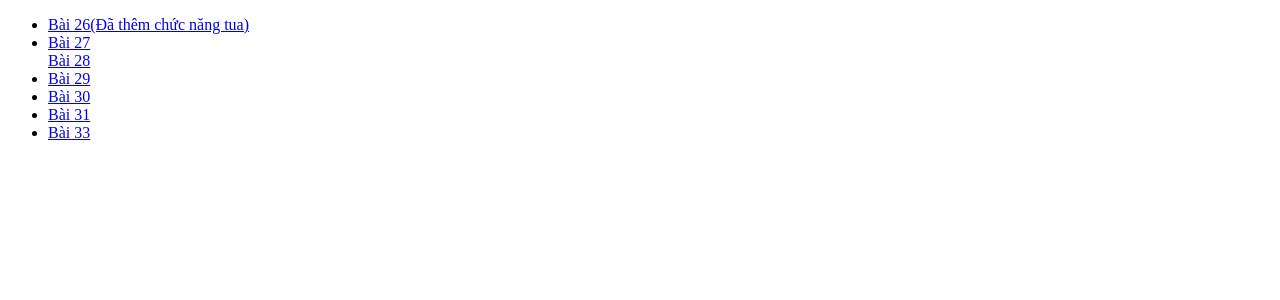
Repository: Dongnguyen318/Quydong
Page: index.html
The author's editor kept a copy of each file at every save. The page is drawn from the files as they stood at one save, then again after the next save.
The browser window is 1280 px wide. The pictures show the whole page.

Above is the page before, as saved 2023-10-25 00:16:59.

### index.html
<!DOCTYPE html>
<html lang="en">
  <head>
    <meta charset="UTF-8" />
    <meta name="viewport" content="width=device-width, initial-scale=1.0" />
    <title>Document</title>
  </head>
  <body>
    <ul>
<li>
        <a href="./Day 26/index.html">Bài 26(Đã thêm chức năng tua)</a>

</li>      <li><a href="./Day 27/index.html">Bài 27</a></li>
      <a href="#!">Bài 28</a>
      <li><a href="./Day 29/index.html">Bài 29</a></li>
      <li><a href="./Day 30/index.html">Bài 30</a></li>
      <li><a href="./Day 31/index.html">Bài 31</a></li>
      <li><a href="./Day 33/index.html">Bài 33</a></li>

  </body>
</html>

After the next save:
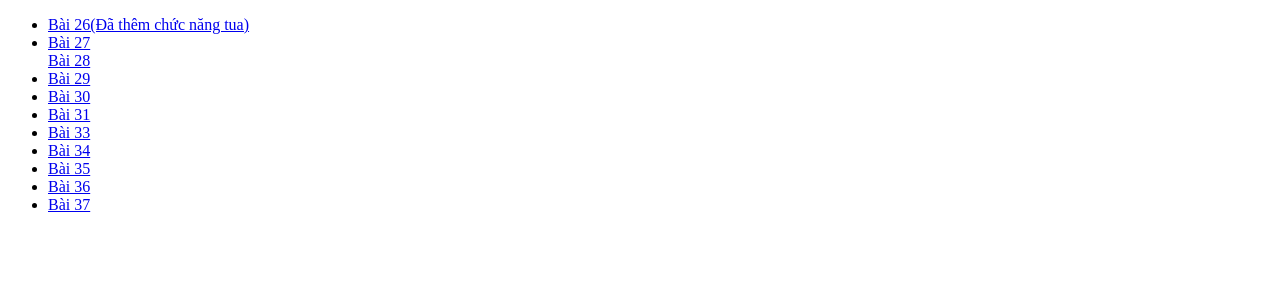
Saved 10 min 15 s later.
--- a/index.html
+++ b/index.html
@@ -16,6 +16,12 @@
       <li><a href="./Day 30/index.html">Bài 30</a></li>
       <li><a href="./Day 31/index.html">Bài 31</a></li>
       <li><a href="./Day 33/index.html">Bài 33</a></li>
+      <li><a href="#">Bài 34</a></li>
+      <li><a href="./Day 35/index.html">Bài 35</a></li>
+      <li><a href="./Day 36/index.html">Bài 36</a></li>
+      <li><a href="./Day 37/index.html">Bài 37</a></li>
+
+
 
   </body>
 </html>
